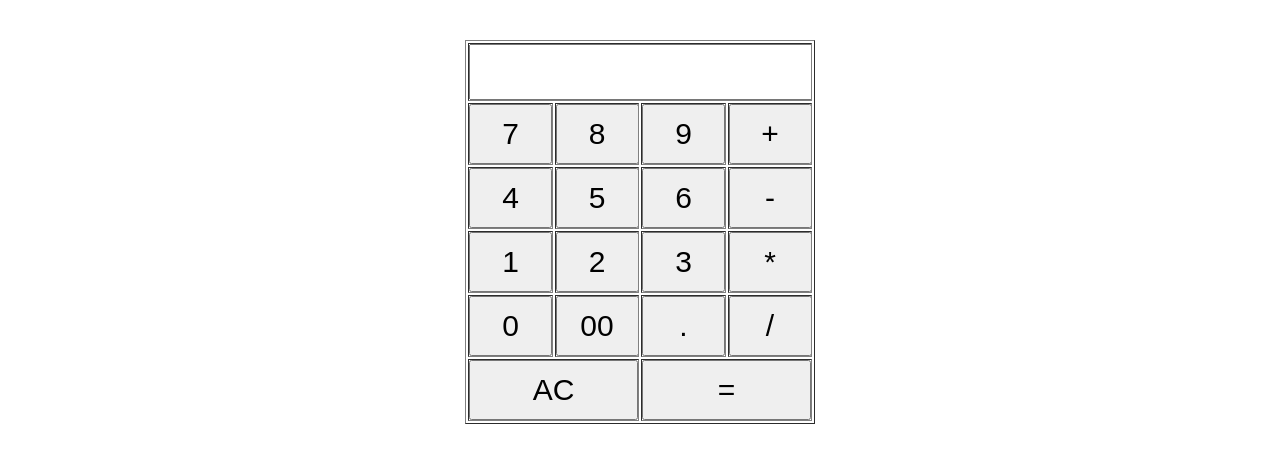
Repository: kurihara119/-
Page: index.html
The author's editor kept a record of every edit. The page is drawn from the files as they stood at one moment, then again after the next edit.
The browser window is 1280 px wide. The pictures show the whole page.
Some web libraries are served in a nearby version.

Above is the page before.

### index.html
<!DOCTYPE html>
<html lang="ja">
<html>
  <head>
    <meta charset="utf-8">	<!--文字化け対策-->
    <title>電卓</title>  <!--サイトの—タイトル-->
    <link rel="stylesheet" href="main.css">	<!--cssを読み込むコード-->
    <script src="https://code.jquery.com/jquery-3.2.1.js" integrity="sha256-DZAnKJ/6XZ9si04Hgrsxu/8s717jcIzLy3oi35EouyE=" crossorigin="anonymous"></script>	<!--jQueryを読み込むコード-->
  </head>
  <body>
    <table border="1">
      <tr>
        <td colspan="4">
          <input readonly type="text" name="" id="result">
        </td>
      </tr>
      <tr>
        <td><button onclick="numClick(this)">7</button></td>
        <td><button onclick="numClick(this)">8</button></td>
        <td><button onclick="numClick(this)">9</button></td>
        <td><button onclick="operatorClick(this)">+</button></td>
      </tr>
      <tr>
        <td><button onclick="numClick(this)">4</button></td>
        <td><button onclick="numClick(this)">5</button></td>
        <td><button onclick="numClick(this)">6</button></td>
        <td><button onclick="operatorClick(this)">-</button></td>
      </tr>
      <tr>
        <td><button onclick="numClick(this)">1</button></td>
        <td><button onclick="numClick(this)">2</button></td>
        <td><button onclick="numClick(this)">3</button></td>
        <td><button onclick="operatorClick(this)">*</button></td>
      </tr>
      <tr>
        <td><button onclick="numClick(this)">0</button></td>
        <td><button onclick="numClick(this)">00</button></td>
        <td><button onclick="numClick(this)">.</button></td>
        <td><button onclick="operatorClick(this)">/</button></td>
      </tr>
      <tr>
        <td colspan="2"><button onclick="clearClick(this)" class="clear-button">AC</button></td>
        <td colspan="2"><button onclick="operatorClick(this)" class="total-button">=</button></td>
      </tr>
    </table>

    <script type="text/javascript" src="main.js" charset="utf-8"></script>	<!--javaScriptを読み込むコード-->

  </body>
</html>

### main.css
body {
  margin-top: 40px;
}

table {
  margin:auto;
  table-layout: fixed;
  width: 350px;
}

td {
  text-overflow: ellipsis;
  white-space: nowrap;
  overflow: hidden;
  max-width: 0;
  margin: 0;
  padding: 0;
}

#result {
  font-size: 30px;
  height: 50px;
}

button {
  width: 83px;
  height: 60px;
  font-size: 30px;
  margin: 0;
  padding: 0;
}

.clear-button{
  width: 169px;
}
.total-button{
  width: 169px;
}

### main.js
//id="resut"の要素を取得
let result = document.getElementById("result");
//1回前に入力したものを判別 0:数字 1:演算子
let myFlg;

//数字を押した時
function numClick(terget){
  //数字を入力したので0
  myFlg = 0;
  //変数numberに押下した数字を入れる
  let number = terget.innerHTML;
  //先頭の0を消す処理
  //表示値が0の場合
  if (result.innerHTML == "0") {
    result.innerHTML = number;
  //表示値が0以外場合
  }else {
    result.innerHTML += number;
  }
}

//演算子を押した時
function operatorClick(terget){
  let operator = terget.innerHTML;
  //myFlgが数字かつ演算子が=以外の場合
  if (myFlg == 0 && operator != "="){
    //演算子を押したので1
    myFlg = 1;
    //演算子を表示
    result.innerHTML += operator;
  //myFlgが数字かつ演算子が=の場合
　}else if (myFlg == 0) {
    //演算子を押したが数字が残るので0。=の後もそのまま計算できる
    myFlg = 0;
    //表示されている計算式を処理したものを表示
    result.innerHTML = eval(result.innerHTML);
  }
  //myFlgが演算子の場合
}

//ACを押した時
function clearClick(terget){
  //0を表示
  result.innerHTML = 0;
}

After the next edit:
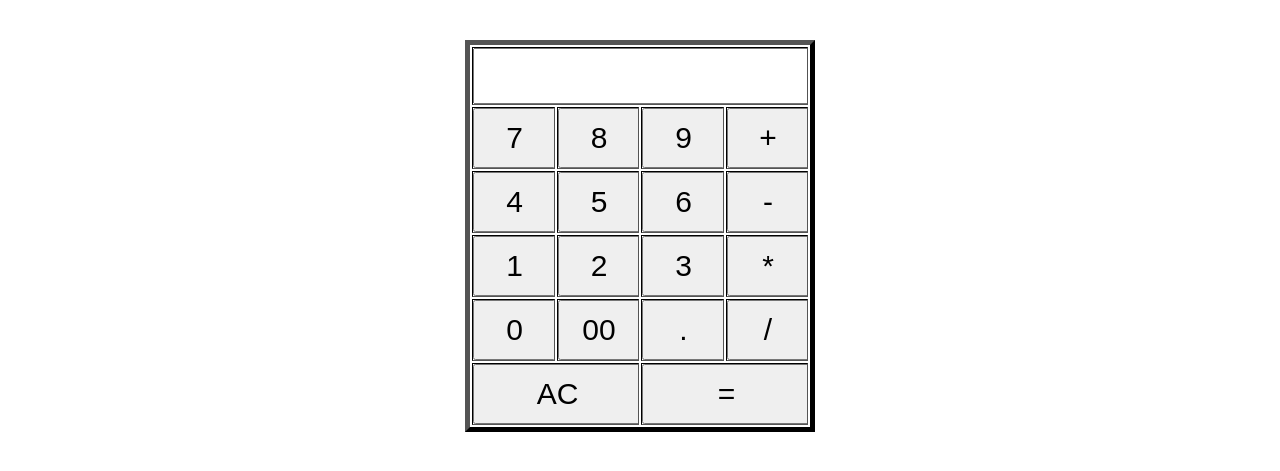
The edit:
--- a/main.css
+++ b/main.css
@@ -6,6 +6,8 @@
   margin:auto;
   table-layout: fixed;
   width: 350px;
+  border-color: #000;
+  border-width: 5px;
 }
 
 td {
